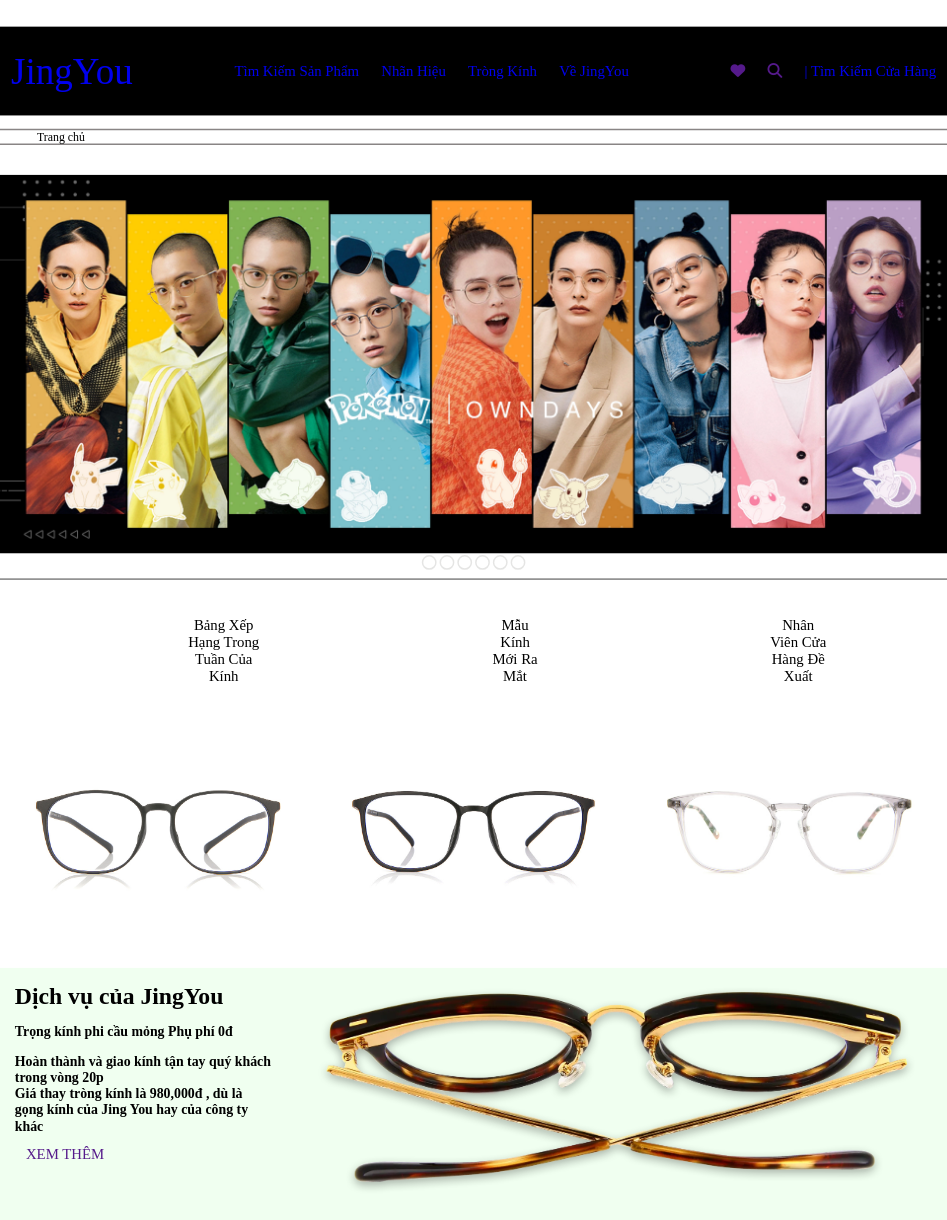
Repository: Cupid123588/Assignment
Page: bt.html
These files come from the project's save history. The page is drawn as it stood at one moment and after the next save; the edit follows.
The browser window is 1280 px wide. The pictures show the whole page, at 74% of full size.

Above is the page before, as saved 2022-10-18 15:41:04.

After the next save:
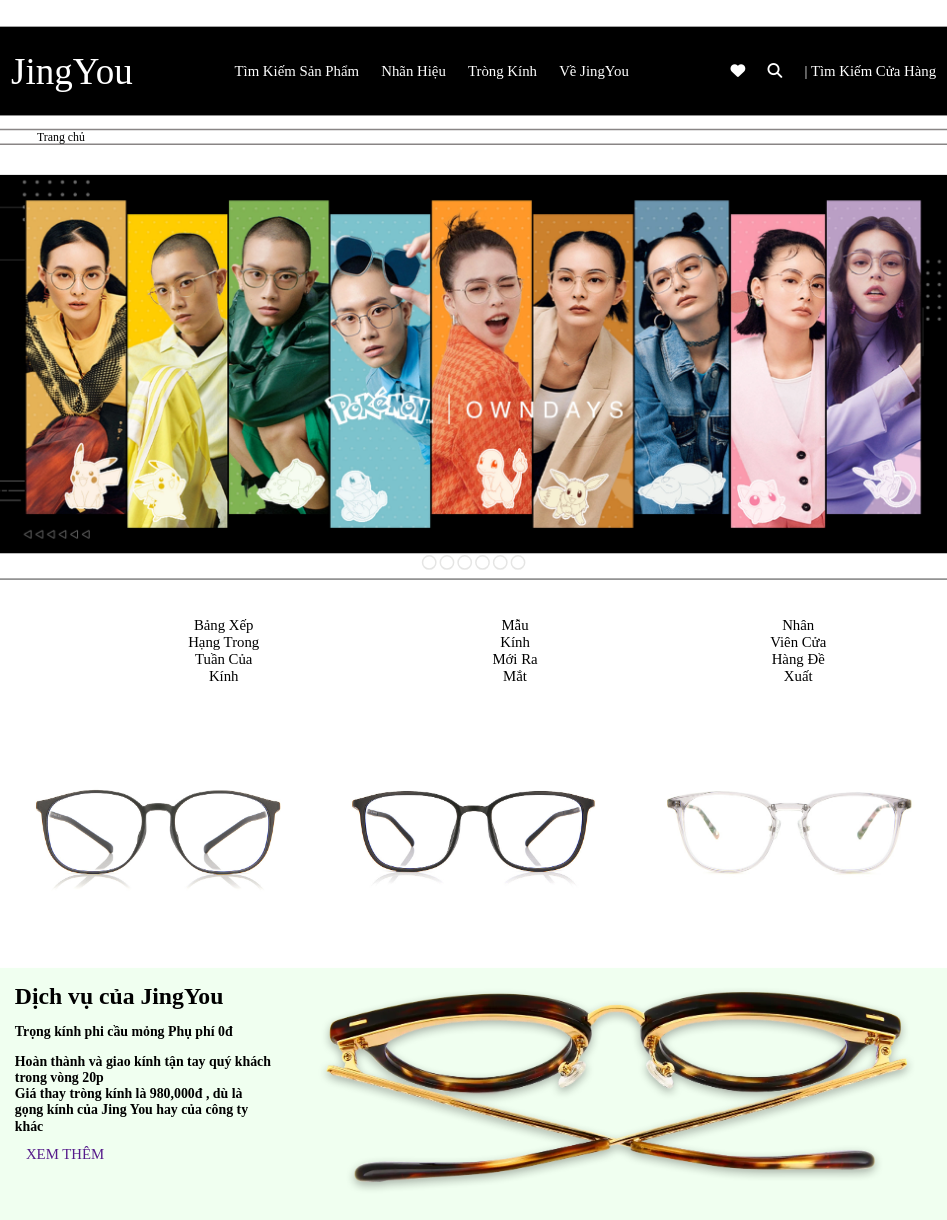
Saved 49 s later.
--- a/style.css
+++ b/style.css
@@ -11,6 +11,10 @@
     justify-content: space-between;
     width: auto;
     height: 120px;
+}
+
+.menu a {
+    color: white;
 }
 
 .c1 {
